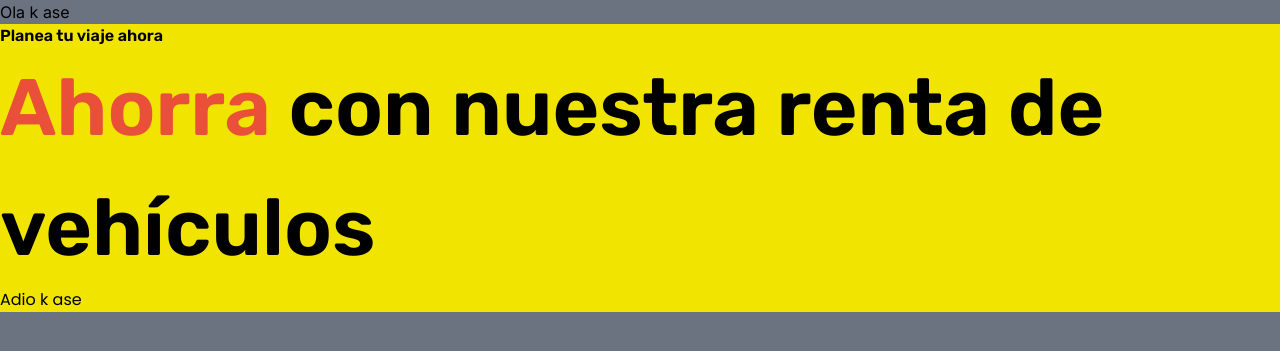
Repository: aldovelacasas/PF_RentCar2
Page: /homePage
An editor plug-in stored every save of this project. The page is shown before and after the next save, followed by the edit.
The browser window is 1280 px wide. The pictures show the whole page.
The project was rebuilt for these pictures with package versions that can differ from the ones it lists, and the page was loaded fresh each time. The framework's server and built-in components were replaced by stand-ins that run in the browser. Also part of the build but not shown: next.config.js.

Above is the page before, as saved 2023-08-29 18:53:24.

### src/app/layout.jsx
import "./globals.css";
import { Inter } from "next/font/google";

const inter = Inter({ subsets: ["latin"] });

export const metadata = {
  title: "Create Next App",
  description: "Generated by create next app",
};

export default function RootLayout({ children }) {
  return (
    <html lang="en">
      <body className={inter.className}>
        <h1>Ola k ase</h1>
        <div className="h-[calc(100vh-5rem)]">{children}</div>
      </body>
    </html>
  );
}

### src/app/homePage/page.jsx
import { Rubik, Poppins } from "next/font/google";

const fontRubik = Rubik({
  weight: "600",
  subsets: ["latin"],
});

const fontPoppins = Poppins({
  weight: "400",
  subsets: ["latin"],
});
const poppins = fontPoppins.className;
const rubik = fontRubik.className;

function HomePage() {
  return (
    <div className={`bg-amarillo_status ${rubik}`}>
      <p className={`${poppins.className}`}>Planea tu viaje ahora</p>
      <h1 className="text-[5em]">
        <span className="text-naranja_enf">Ahorra </span>con nuestra renta de
        vehículos
      </h1>
      <div>
        <p className={`${poppins}`}>Adio k ase</p>
      </div>
    </div>
  );
}

export default HomePage;

### src/app/api/products/[id]/route.js
import { NextResponse } from "next/server";
import {conn} from "@/libs/mysql"

export async function GET(request,{params}){
  try {
    const result = await conn.query("SELECT * FROM product WHERE id = ?", [params.id])
    if(result.length === 0 ){
        return NextResponse.json(
         {
            message: "producto no encontrado",
         },
         {
            status:404,
         }
        );
    }
    return NextResponse.json(result[0])
  } catch (error) {
    return NextResponse.json(
        {
            message:error.message,
        },
        {status: 500}
    )
  }
}

export async function DELETE (request,{params} ){
    try {
     const result = await conn.query("DELETE FROM product WHERE id = ?", [params.id]);
     if(result.affectedRows === 0){
         return NextResponse.json({message:"Producto no encontrado"},{status:404})
     }

     return new Response (null, {status: 204})
 } catch (error) {
     return NextResponse.json({message:error.message},{status:500})
 }
    }

export async  function PUT(request, {params}){
   try {
    const data = await request.json()
    const result = await conn.query("UPDATE product SET ? WHERE id = ?", [data , params.id])

    if (result.affectedRows === 0) {
        return NextResponse.json(
        {
            message: "producto no encontrado",
        },
        {
            status: 400,
        }
        )
    }
     const updateProduct = await conn.query("SELECT * FROM product WHERE id = ?", [params.id])

  return NextResponse.json(updateProduct[0])

   } catch (error) {
    return NextResponse.json(
        {
            message: error.message,
        },
        { status: 500}
    )
   }
}

### src/app/api/products/route.js
import { NextResponse } from "next/server";
import {conn} from "@/libs/mysql";

export async function GET(){
    try {
        const results = await conn.query("SELECT * FROM product");
        return NextResponse.json(results)

    } catch (error) {
        return NextResponse.json(
        {
          message: error.message,
        },
        {
            status:500,
        }

        );
    }
}

    export async function POST (request) {
  try {
    const {name, price, year, model, capacity, type, description, image, transmission,  }= await request.json();

    const result  = await conn.query("INSERT INTO product SET ?", {
        name,
        price,
        year,
        model,
        capacity,
        type,
        transmission,
        image,
        description

    })

    return NextResponse.json({
        name,
        price,
        year,
        model,
        capacity,
        type,
        transmission,
        image,
        description,
        id: result.insertId,

    })

  } catch (error) {
    console.log(error);
    return NextResponse.json(
    {
        message: error.message,
    },
    {
        status:500,
    }
    );
  }

}

### src/app/globals.css
@tailwind base;
@tailwind components;
@tailwind utilities;

body {
   @apply bg-gray-500; /* Fondo más claro */
   color: gray-800; /* Texto oscuro */
}

### tailwind.config.js
/** @type {import('tailwindcss').Config} */
module.exports = {
  content: [
    "./src/pages/**/*.{js,ts,jsx,tsx,mdx}",
    "./src/components/**/*.{js,ts,jsx,tsx,mdx}",
    "./src/app/**/*.{js,ts,jsx,tsx,mdx}",
  ],
  theme: {
    extend: {
      backgroundImage: {
        "gradient-radial": "radial-gradient(var(--tw-gradient-stops))",
        "gradient-conic":
          "conic-gradient(from 180deg at 50% 50%, var(--tw-gradient-stops))",
      },
      colors: {
        gris_fondo: "#dbdbdb",
        gris_frente: "#e9e9e9",
        negro_fondo: "#282828",
        naranja_enf: "#ea4f39",
        rojo_status: "#e30613",
        verde_status: "#4aaf4d",
        amarillo_status: "#f0e400",
      },
    },
  },
  plugins: [],
};

Loaded but not shown: src/app/api/bookings/[id]/route.js (no copy from this time; the picture is the same without it); src/app/api/bookings/route.js (no copy from this time; the picture is the same without it); src/app/api/create-payment-intent/route.js (no copy from this time; the picture is the same without it); src/app/api/post/[id]/route.js (no copy from this time; the picture is the same without it); src/app/api/post/route.js (no copy from this time; the picture is the same without it); src/app/api/users/[id]/route.js (no copy from this time; the picture is the same without it); src/app/api/users/route.js (no copy from this time; the picture is the same without it)

After the next save:
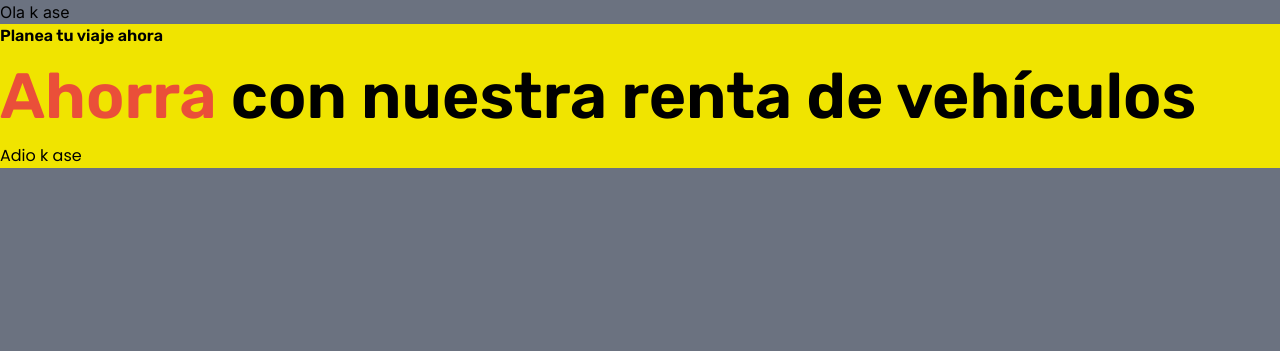
Saved 7 s later.
--- a/src/app/homePage/page.jsx
+++ b/src/app/homePage/page.jsx
@@ -16,7 +16,7 @@ function HomePage() {
   return (
     <div className={`bg-amarillo_status ${rubik}`}>
       <p className={`${poppins.className}`}>Planea tu viaje ahora</p>
-      <h1 className="text-[5em]">
+      <h1 className="text-[4em]">
         <span className="text-naranja_enf">Ahorra </span>con nuestra renta de
         vehículos
       </h1>
